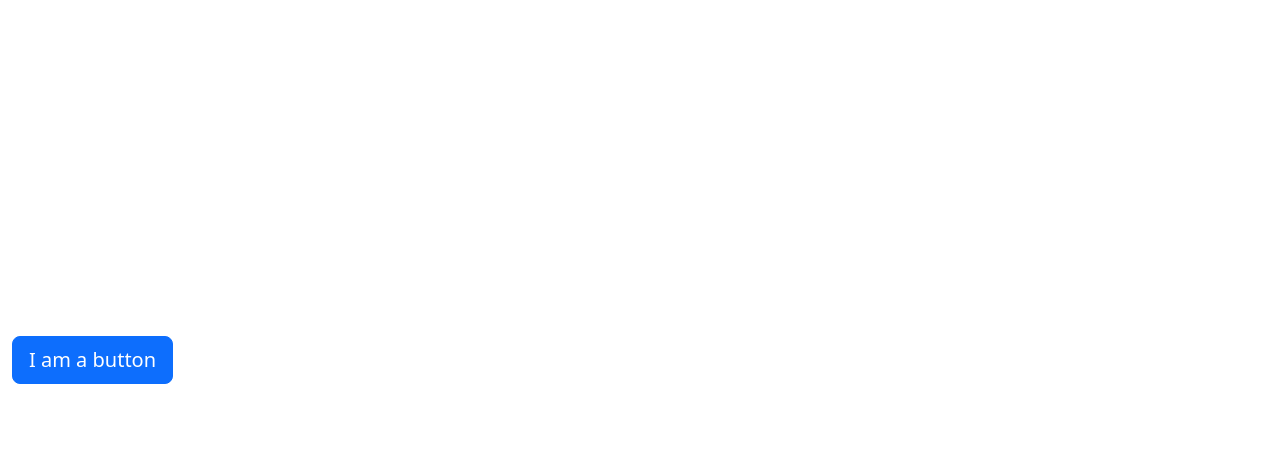
Repository: maikel-mattiu/notes-app
Page: /
An editor plug-in stored every save of this project. The page is shown before and after the next save, followed by the edit.
The browser window is 1280 px wide. The pictures show the whole page.
The project was rebuilt for these pictures with package versions that can differ from the ones it lists, and the page was loaded fresh each time. Also part of the build but not shown: vite.config.js.

Above is the page before, as saved 2024-06-24 04:33:31.

After the next save:
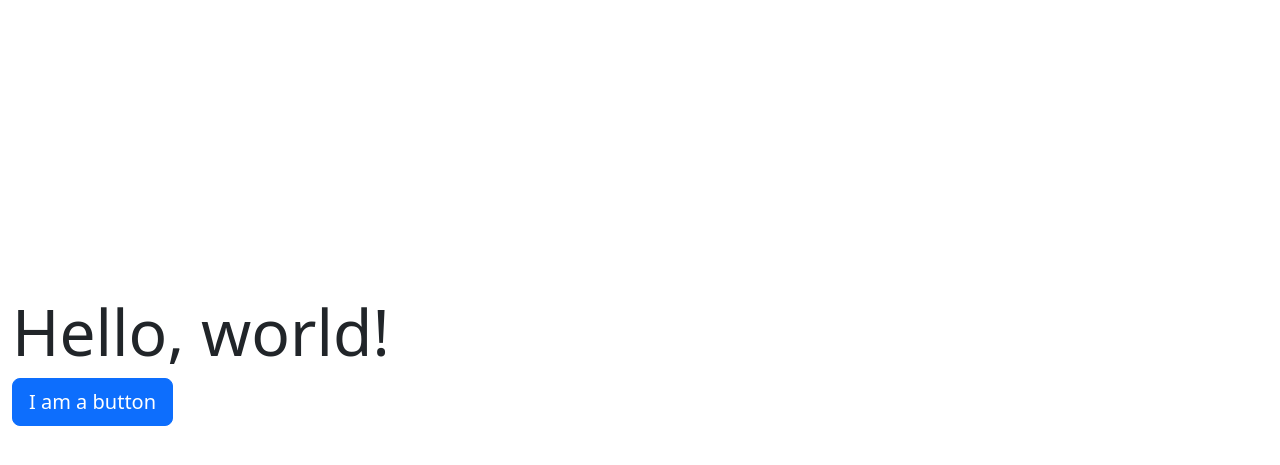
Saved 104 s later.
--- a/src/App.jsx
+++ b/src/App.jsx
@@ -4,7 +4,11 @@ import Button from "react-bootstrap/Button"
 
 function App() {
 	return (
-		<Container className="justify-content-md-center">
+		<Container
+			className="justify-content-md-center"
+			fluid
+		>
+			<h1 className="display-3">Hello, world!</h1>
 			<Button
 				variant="primary"
 				size="lg"
